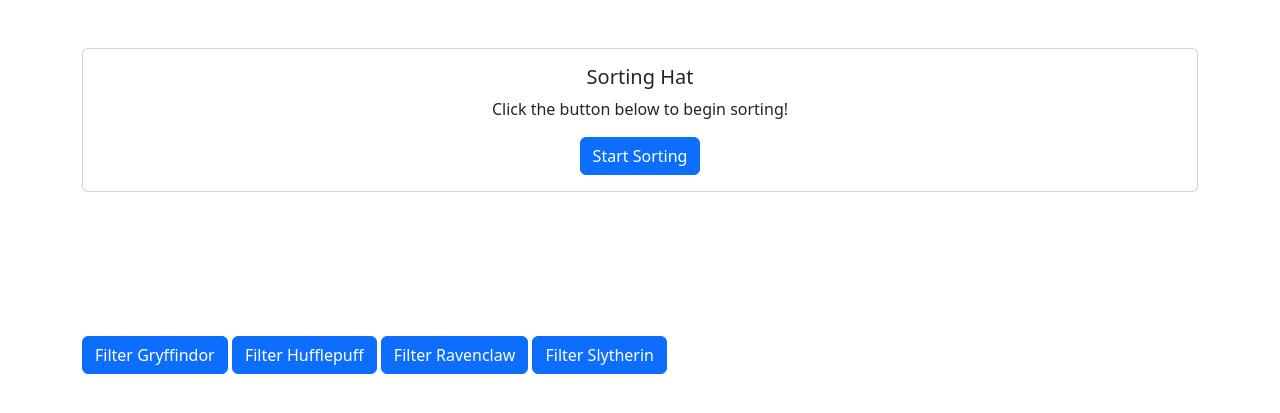
Repository: PaulPatterson48/ASSIGNMENT-StarFleet_academy
Page: index.html
An editor plug-in stored every save of this project. The page is shown before and after the next save, followed by the edit.
The browser window is 1280 px wide. The pictures show the whole page.

Above is the page before, as saved 2023-08-06 22:07:08.
Console error: TypeError: Cannot read properties of null (reading 'addEventListener')

After the next save:
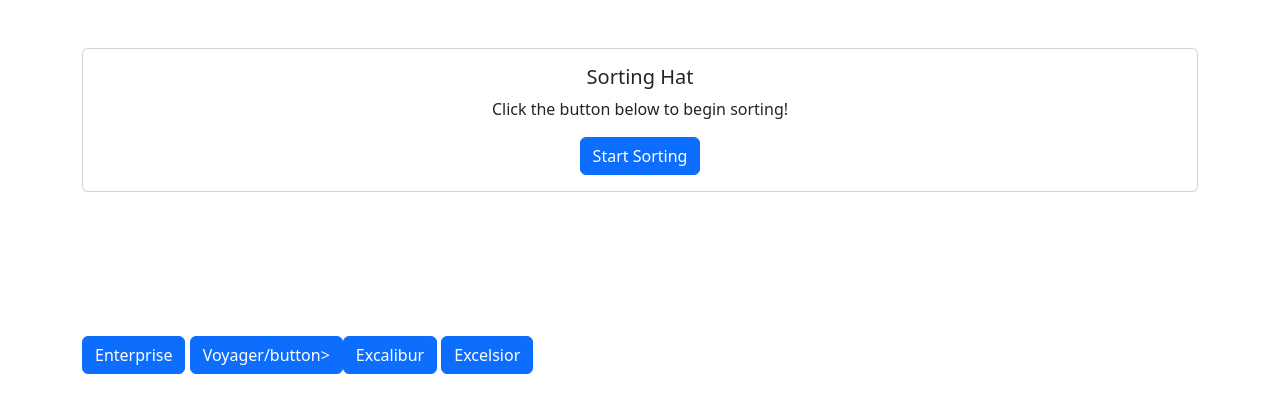
Console error: ReferenceError: buttonFilter is not defined
Saved 2 min 30 s later.
--- a/index.html
+++ b/index.html
@@ -40,10 +40,10 @@
     </div>
 
     <div class="mt-5">
-      <button id="filterGryffindor" class="btn btn-primary mr-2">Filter Gryffindor</button>
-      <button id="filterHufflepuff" class="btn btn-primary mr-2">Filter Hufflepuff</button>
-      <button id="filterRavenclaw" class="btn btn-primary mr-2">Filter Ravenclaw</button>
-      <button id="filterSlytherin" class="btn btn-primary">Filter Slytherin</button>
+      <button id="filterEnterprise" class="btn btn-primary mr-2">Enterprise</button>
+      <button id="filterVoyager" class="btn btn-primary mr-2">Voyager/button>
+      <button id="filterExcalibur" class="btn btn-primary mr-2">Excalibur</button>
+      <button id="filterExcelsior" class="btn btn-primary">Excelsior</button>
     </div>
   </div>
     </div>
